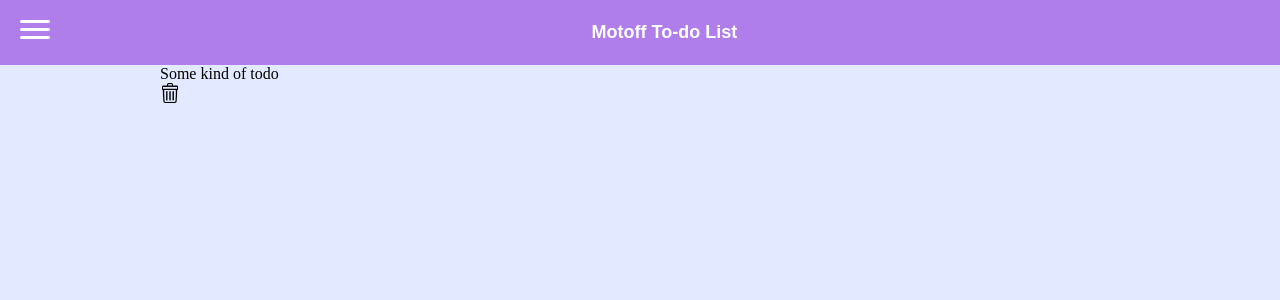
Repository: Amad-Mlinka/Todo-List-Vanilla-JS
Page: index.html
An editor plug-in stored every save of this project. The page is shown before and after the next save, followed by the edit.
The browser window is 1280 px wide. The pictures show the whole page.
The page's requests for data from a server got no answer.

Above is the page before, as saved 2021-09-15 00:48:07.

After the next save:
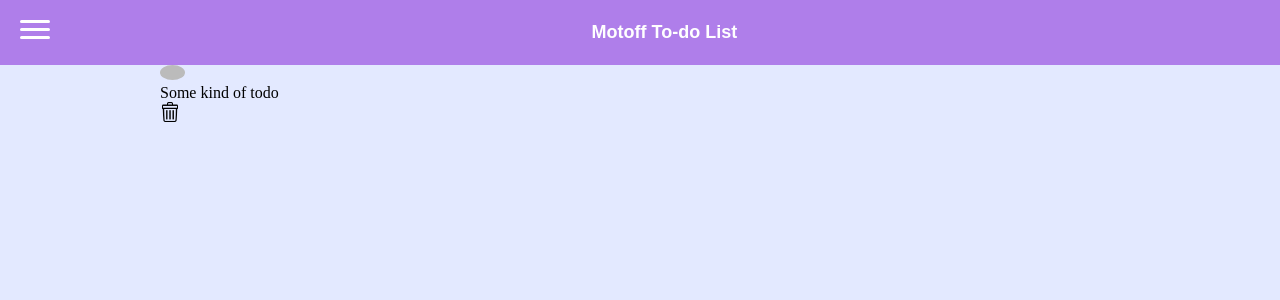
Saved 5 s later.
--- a/styles/style.css
+++ b/styles/style.css
@@ -20,8 +20,8 @@ body{
 }
 .checkCircle{
   height: 15px;
-  width: 15px;
-  background-color: transparent;
+  width: 25px;
+  background-color: #bbb;
   border-radius: 50%;
-
+  display: inline-block;
 }
